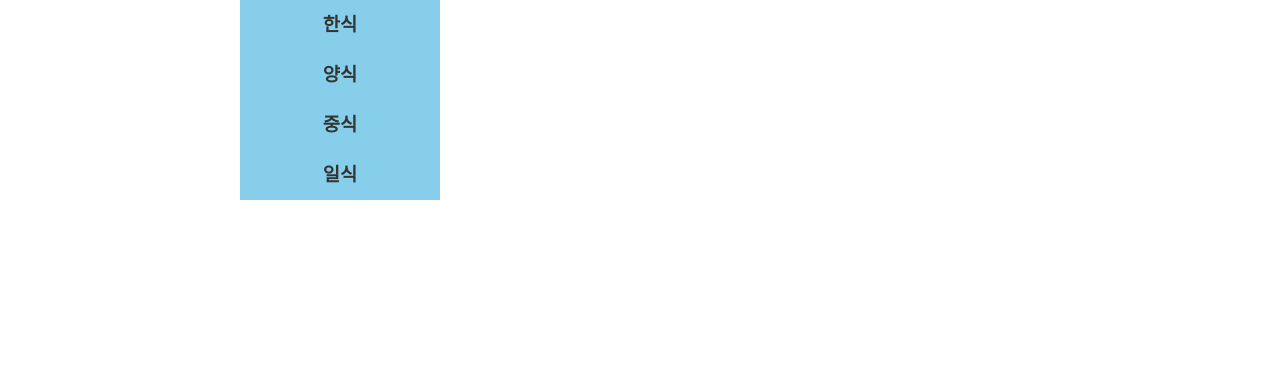
Repository: gwonjunsu95/html5
Page: html5/WebContent/day0304.html
These files come from the project's save history. The page is drawn as it stood at one moment and after the next save; the edit follows.
The browser window is 1280 px wide. The pictures show the whole page.

Above is the page before, as saved 2020-04-20 05:47:06.

### html5/WebContent/day0304.html
<!DOCTYPE html>
<html>
<head>
	<meta charset="UTF-8">
	<title>Insert title here</title>
	<style>
		*{
			margin: 0;
			padding: 0;
			text-decoration: none;
			list-style: none;
			color: #333;
		}

		.nav > ul > li {
			width: 200px;
			height: 50px;
			line-height: 50px;
			text-align: center;
			background: skyblue;
			overflow: hidden;
		}

			.nav > ul > li:hover{
				height: 200px;
				transition: 0.5s;
				background: blue;
			}
				.nav > ul > li:hover > h3 > a{
					color: white;
				}

		ul ul > li{
			background: #9f9;
		}

			ul ul > li:hover{
				background: #7c7;
			}

		.nav {
			width: 800px;
			margin: 0 auto;
		}


	</style>
</head>
<body>
	<div class = "nav">
		<ul>
			<li>
				<h3><a href = "#">한식</a></h3>
				<ul>
					<li><a href = "#">비빔밥</a></li>
					<li><a href = "#">육회</a></li>
					<li><a href = "#">김치볶음밥</a></li>
				</ul>
			</li>
			<li>
				<h3><a href = "#">양식</a></h3>
				<ul>
					<li><a href = "#">파스타</a></li>
					<li><a href = "#">피자</a></li>
					<li><a href = "#">스테이크</a></li>
				</ul>
			</li>
			<li>
				<h3><a href = "#">중식</a></h3>
				<ul>
					<li><a href = "#">짜장면</a></li>
					<li><a href = "#">짬뽕</a></li>
					<li><a href = "#">볶음밥</a></li>
				</ul>
			</li>
			<li>
				<h3><a href = "#">일식</a></h3>
				<ul>
					<li><a href = "#">초밥</a></li>
					<li><a href = "#">튀김</a></li>
					<li><a href = "#">라멘</a></li>
				</ul>
			</li>
		</ul>
	</div>
</body>
</html>

After the next save:
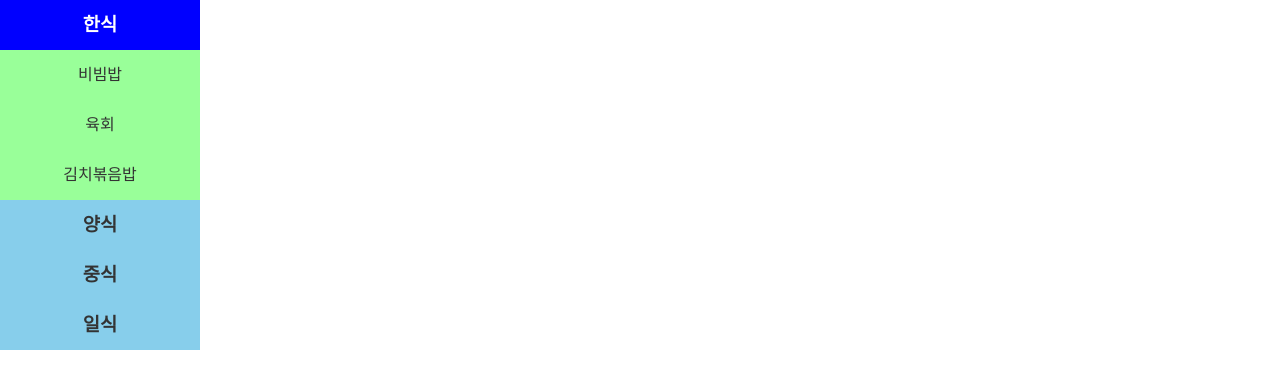
Saved 40 s later.
--- a/html5/WebContent/day0304.html
+++ b/html5/WebContent/day0304.html
@@ -39,8 +39,7 @@
 			}
 
 		.nav {
-			width: 800px;
-			margin: 0 auto;
+			width: 200px;
 		}
 
 
